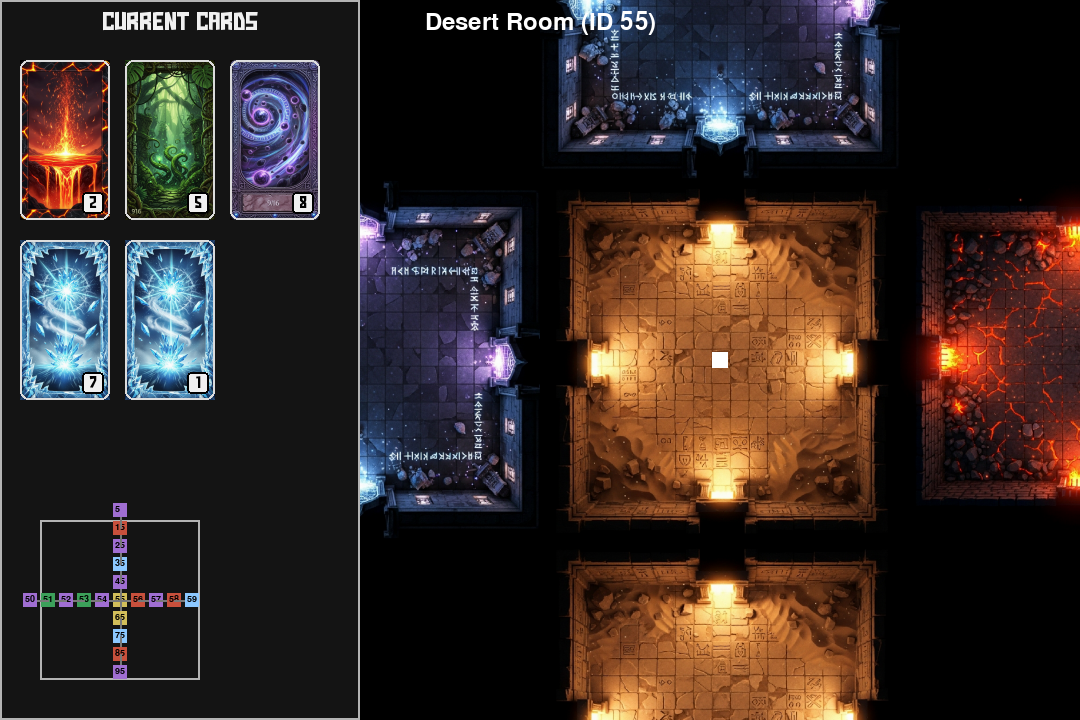
Repository: MehediMim/GateBound
Script's output: python main.py
These files come from the project's save history. The script's output is drawn as it stood at one moment and after the next save; the edit follows.
The window is shown after at most 60 frames with no key pressed. Random numbers start from a fixed seed. It also reads assets/bg_arcane.png, assets/bg_desert.png, assets/bg_ice.png, assets/bg_jungle.png, assets/bg_volcanic.png, assets/card_arcane.jpeg, assets/card_desert.jpeg, assets/card_ice.jpeg, assets/card_jungle.jpeg, assets/card_volcanic.jpeg, assets/retro.ttf.

Above is the script's output before, as saved 2026-01-26 19:36:10.

### main.py
import pygame
import sys
import random

# =========================
# CONFIG
# =========================
ROOM_ORIGINAL = 720
ROOM_SCALE = 0.5
ROOM_DRAW = int(ROOM_ORIGINAL * ROOM_SCALE)  # 512
FPS = 60
PLAYER_SPEED = 5
DEBUG = True
CARD_WIDTH  = 90
CARD_HEIGHT = 160   # 180 × 16 / 9 ≈ 320


GRID_W = 10
GRID_H = 10

# =========================
# UI / LAYOUT (IMPORTANT)
# =========================
SIDEBAR_W = 360            # LEFT UI ONLY
PREVIEW_MARGIN = ROOM_DRAW // 2     # space for half rooms

SCREEN_WIDTH  = SIDEBAR_W + ROOM_DRAW + PREVIEW_MARGIN * 2
SCREEN_HEIGHT = ROOM_DRAW + PREVIEW_MARGIN * 2

# =========================
# CARD CONFIG
# =========================
CARD_TYPES = ["Jungle", "Desert", "Ice", "Volcanic", "Arcane"]
CARD_MIN_POWER = 1
CARD_MAX_POWER = 9
MAX_CARDS = 5

# =========================
# INIT
# =========================
pygame.init()
screen = pygame.display.set_mode((SCREEN_WIDTH, SCREEN_HEIGHT))
pygame.display.set_caption("Tower Puzzle — Rooms (10x10)")
clock = pygame.time.Clock()

font = pygame.font.SysFont(None, 36)
map_font = pygame.font.SysFont(None, 14)
retro_font = pygame.font.Font("assets/retro.ttf", 26)
retro_small = pygame.font.Font("assets/retro.ttf", 16)


# =========================
# ROOM TYPES + BG
# =========================
ROOM_TYPES = ["Jungle", "Desert", "Ice", "Volcanic", "Arcane"]

BG_RAW = {
    "Jungle": pygame.image.load("assets/bg_jungle.png").convert(),
    "Desert": pygame.image.load("assets/bg_desert.png").convert(),
    "Ice": pygame.image.load("assets/bg_ice.png").convert(),
    "Volcanic": pygame.image.load("assets/bg_volcanic.png").convert(),
    "Arcane": pygame.image.load("assets/bg_arcane.png").convert(),
}
card_images = {
    "jungle": pygame.image.load("assets/card_jungle.jpeg").convert_alpha(),
    "desert": pygame.image.load("assets/card_desert.jpeg").convert_alpha(),
    "ice": pygame.image.load("assets/card_ice.jpeg").convert_alpha(),
    "volcanic": pygame.image.load("assets/card_volcanic.jpeg").convert_alpha(),
    "arcane": pygame.image.load("assets/card_arcane.jpeg").convert_alpha(),
}
CARD_IMAGE_KEY = {
    "Jungle": "jungle",
    "Desert": "desert",
    "Ice": "ice",
    "Volcanic": "volcanic",
    "Arcane": "arcane",
}

ROOM_COLORS = {
    "Jungle":   (60, 160, 90),
    "Desert":   (210, 190, 90),
    "Ice":      (140, 200, 255),
    "Volcanic": (200, 80, 60),
    "Arcane":   (160, 110, 210),
}


BG = {
    k: pygame.transform.smoothscale(v, (ROOM_DRAW, ROOM_DRAW))
    for k, v in BG_RAW.items()
}

for key in card_images:
    card_images[key] = pygame.transform.smoothscale(
        card_images[key],
        (CARD_WIDTH, CARD_HEIGHT)
    )

# =========================
# GAME BOX (UNCHANGED LOGIC)
# =========================
GAME_BOX_RECT = pygame.Rect(
    SIDEBAR_W + PREVIEW_MARGIN,
    PREVIEW_MARGIN,
    ROOM_DRAW,
    ROOM_DRAW
)

ROOM_RECT = GAME_BOX_RECT.copy()

# =========================
# DOORS
# =========================
DOORS = {
    "top":    pygame.Rect(ROOM_RECT.centerx - 56, ROOM_RECT.top - 112, 112, 112),
    "bottom": pygame.Rect(ROOM_RECT.centerx - 56, ROOM_RECT.bottom,     112, 112),
    "left":   pygame.Rect(ROOM_RECT.left - 112,   ROOM_RECT.centery - 56, 112, 112),
    "right":  pygame.Rect(ROOM_RECT.right,        ROOM_RECT.centery - 56, 112, 112),
}

WALK_RECT = ROOM_RECT.copy()
for r in DOORS.values():
    WALK_RECT.union_ip(r)

SPAWN = ROOM_RECT.center

# =========================
# WORLD (10x10 FIXED)
# =========================
rooms = {}

def room_id(x, y):
    return y * GRID_W + x

def create_world():
    for y in range(GRID_H):
        for x in range(GRID_W):
            rid = room_id(x, y)
            links = {}
            if y > 0: links["top"] = room_id(x, y - 1)
            if y < GRID_H - 1: links["bottom"] = room_id(x, y + 1)
            if x > 0: links["left"] = room_id(x - 1, y)
            if x < GRID_W - 1: links["right"] = room_id(x + 1, y)

            rooms[rid] = {
                "id": rid,
                "pos": (x, y),
                "type": random.choice(ROOM_TYPES),
                "links": links
            }

create_world()
current = room_id(GRID_W // 2, GRID_H // 2)

# =========================
# PLAYER
# =========================
player = pygame.Rect(0, 0, 16, 16)
player.center = SPAWN

# =========================
# CARDS
# =========================
cards = []

def create_random_card():
    return {
        "type": random.choice(CARD_TYPES),
        "power": random.randint(CARD_MIN_POWER, CARD_MAX_POWER)
    }

cards = [create_random_card() for _ in range(MAX_CARDS)]

# =========================
# MOVEMENT
# =========================
def move(dx, dy):
    player.x += dx
    player.y += dy
    player.clamp_ip(WALK_RECT)

def change_room(direction):
    global current
    if direction in rooms[current]["links"]:
        current = rooms[current]["links"][direction]
        player.center = SPAWN

def handle_doors():
    for d, r in DOORS.items():
        if player.colliderect(r):
            change_room(d)
            break

# =========================
# DRAW UI
# =========================

def draw_cards_title():
    text = retro_font.render("CURRENT CARDS", True, (240, 240, 240))
    x = (SIDEBAR_W - text.get_width()) // 2
    y = 10
    screen.blit(text, (x, y))


def draw_cards():
    start_x = 20
    start_y = 60
    gap_x = 15
    gap_y = 20
    cards_per_row = 3

    for i, c in enumerate(cards):
        key = CARD_IMAGE_KEY[c["type"]]

        row = i // cards_per_row
        col = i % cards_per_row

        x = start_x + col * (CARD_WIDTH + gap_x)
        y = start_y + row * (CARD_HEIGHT + gap_y)

        # card image
        screen.blit(card_images[key], (x, y))

        # border
        pygame.draw.rect(
            screen,
            (220, 220, 220),
            (x, y, CARD_WIDTH, CARD_HEIGHT),
            2,
            border_radius=8
        )

        # 🔥 POWER BADGE (BOTTOM-RIGHT)
        power_text = retro_small.render(str(c["power"]), True, (0, 0, 0))
        badge_size = 22
        badge_x = x + CARD_WIDTH - badge_size - 6
        badge_y = y + CARD_HEIGHT - badge_size - 6

        pygame.draw.rect(
            screen,
            (240, 240, 240),
            (badge_x, badge_y, badge_size, badge_size),
            border_radius=4
        )
        pygame.draw.rect(
            screen,
            (0, 0, 0),
            (badge_x, badge_y, badge_size, badge_size),
            2,
            border_radius=4
        )

        screen.blit(
            power_text,
            (
                badge_x + (badge_size - power_text.get_width()) // 2,
                badge_y + (badge_size - power_text.get_height()) // 2
            )
        )


def draw_minimap():
    panel_size = 160
    panel_x = 40
    panel_y = SCREEN_HEIGHT - panel_size - 40

    node = 14
    gap = 4
    step = node + gap

    center_x = panel_x + panel_size // 2 - node // 2
    center_y = panel_y + panel_size // 2 - node // 2

    pygame.draw.rect(screen, (20, 20, 20), (panel_x, panel_y, panel_size, panel_size))
    pygame.draw.rect(screen, (180, 180, 180), (panel_x, panel_y, panel_size, panel_size), 2)

    # center room
    center_color = ROOM_COLORS[rooms[current]["type"]]
    pygame.draw.rect(screen, center_color, (center_x, center_y, node, node))

    screen.blit(
        map_font.render(str(current), True, (0, 0, 0)),
        (center_x + 2, center_y + 1)
    )

    directions = {
        "top": (0, -1),
        "bottom": (0, 1),
        "left": (-1, 0),
        "right": (1, 0),
    }

    for d, (dx, dy) in directions.items():
        rid = current
        cx, cy = center_x, center_y

        for _ in range(5):  # max 5 each side
            nxt = rooms[rid]["links"].get(d)
            if nxt is None:
                break

            cx += dx * step
            cy += dy * step

            pygame.draw.line(
                screen, (120, 120, 120),
                (cx + node // 2 - dx * step, cy + node // 2 - dy * step),
                (cx + node // 2, cy + node // 2),
                2
            )

            neighbor_color = ROOM_COLORS[rooms[nxt]["type"]]
            pygame.draw.rect(screen, neighbor_color, (cx, cy, node, node))

            screen.blit(
                map_font.render(str(nxt), True, (0, 0, 0)),
                (cx + 2, cy + 1)
            )

            rid = nxt

def draw_card(screen, card_type, x, y):
    screen.blit(card_images[card_type], (x, y))

def draw_card_with_border(screen, card_type, x, y):
    screen.blit(card_images[card_type], (x, y))
    pygame.draw.rect(
        screen,
        (220, 220, 220),  # light border
        (x, y, CARD_WIDTH, CARD_HEIGHT),
        2
    )

def draw_selected_card(screen, card_type, x, y):
    screen.blit(card_images[card_type], (x, y))
    glow_rect = pygame.Surface((CARD_WIDTH, CARD_HEIGHT), pygame.SRCALPHA)
    glow_rect.fill((255, 255, 255, 40))  # soft white glow
    screen.blit(glow_rect, (x, y))


# =========================
# LOOP
# =========================
while True:
    clock.tick(FPS)

    for e in pygame.event.get():
        if e.type == pygame.QUIT:
            pygame.quit()
            sys.exit()

    k = pygame.key.get_pressed()
    dx = dy = 0
    if k[pygame.K_a] or k[pygame.K_LEFT]: dx -= PLAYER_SPEED
    if k[pygame.K_d] or k[pygame.K_RIGHT]: dx += PLAYER_SPEED
    if k[pygame.K_w] or k[pygame.K_UP]: dy -= PLAYER_SPEED
    if k[pygame.K_s] or k[pygame.K_DOWN]: dy += PLAYER_SPEED

    move(dx, dy)
    handle_doors()

    screen.fill((0,0,0))

    # Sidebar
    pygame.draw.rect(screen, (20,20,20), (0,0,SIDEBAR_W,SCREEN_HEIGHT))
    pygame.draw.rect(screen, (180,180,180), (0,0,SIDEBAR_W,SCREEN_HEIGHT), 2)

    # Game box border
    pygame.draw.rect(screen, (30,30,30), GAME_BOX_RECT)
    pygame.draw.rect(screen, (180,180,180), GAME_BOX_RECT, 2)

    room = rooms[current]
    cx, cy = ROOM_RECT.topleft
    w = h = ROOM_DRAW
    half = w // 2

    # Center
    screen.blit(BG[room["type"]], (cx, cy))

    # Neighbors (VISIBLE, NOT CLIPPED)
    if "top" in room["links"]:
        t = rooms[room["links"]["top"]]
        screen.blit(BG[t["type"]].subsurface((0, half, w, half)), (cx, cy-half))
    if "bottom" in room["links"]:
        b = rooms[room["links"]["bottom"]]
        screen.blit(BG[b["type"]].subsurface((0, 0, w, half)), (cx, cy+w))
    if "left" in room["links"]:
        l = rooms[room["links"]["left"]]
        screen.blit(BG[l["type"]].subsurface((half, 0, half, h)), (cx-half, cy))
    if "right" in room["links"]:
        r = rooms[room["links"]["right"]]
        screen.blit(BG[r["type"]].subsurface((0, 0, half, h)), (cx+w, cy))

    pygame.draw.rect(screen, (255,255,255), player)

    draw_cards_title()
    # draw_cards()


    draw_cards()
    # draw_cards()
    draw_minimap()


    label = font.render(f"{room['type']} Room (ID {current})", True, (255,255,255))
    screen.blit(label, (SCREEN_WIDTH//2 - label.get_width()//2, 10))

    pygame.display.flip()

After the next save:
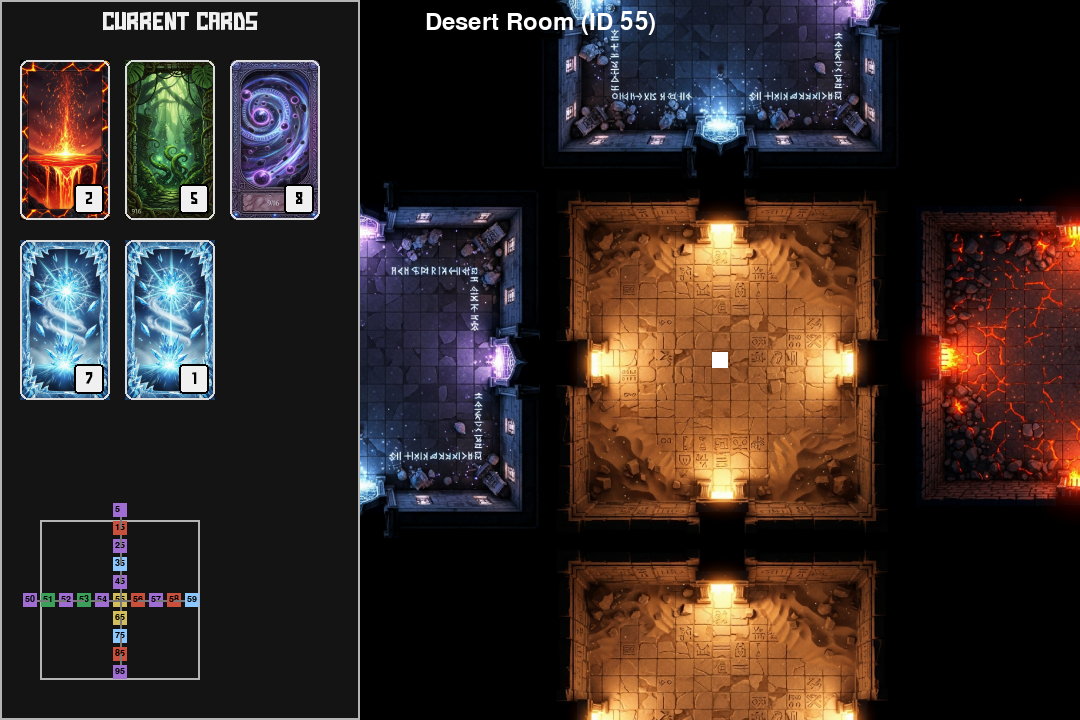
Saved 9 s later.
--- a/main.py
+++ b/main.py
@@ -232,7 +232,7 @@ def draw_cards():
 
         # 🔥 POWER BADGE (BOTTOM-RIGHT)
         power_text = retro_small.render(str(c["power"]), True, (0, 0, 0))
-        badge_size = 22
+        badge_size = 30
         badge_x = x + CARD_WIDTH - badge_size - 6
         badge_y = y + CARD_HEIGHT - badge_size - 6
 
